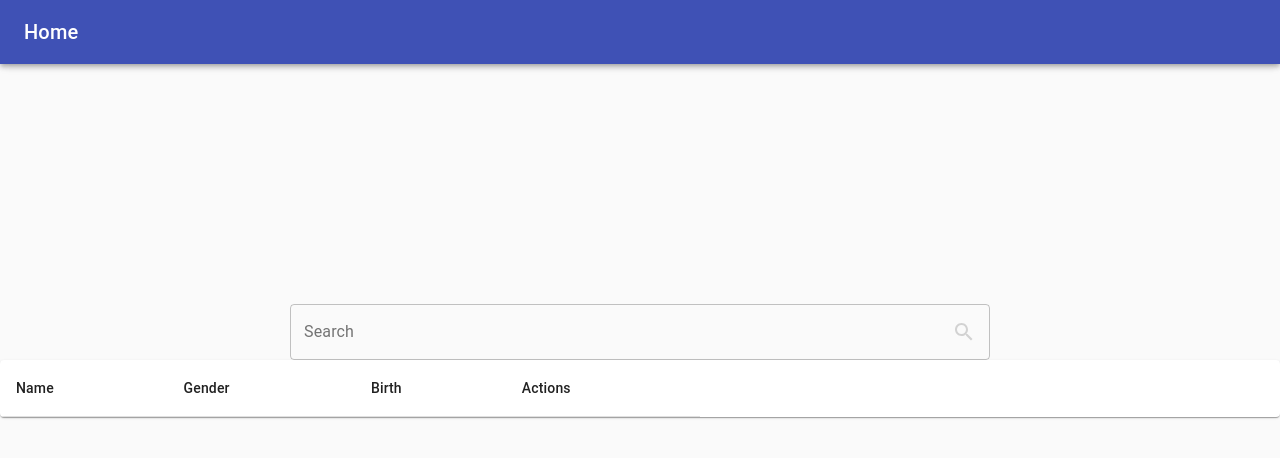
Repository: GabrielBrandaoProjetos/patient-manager
Page: /
These files come from the project's save history. The page is drawn as it stood at one moment and after the next save; the edit follows.
The browser window is 1280 px wide. The pictures show the whole page.
The project was rebuilt for these pictures with package versions that can differ from the ones it lists, and the page was loaded fresh each time.

Above is the page before, as saved 2021-09-14 12:45:44.

### public/index.html
<!DOCTYPE html>
<html lang="en">
  <head>
    <meta charset="utf-8" />
    <meta name="viewport" content="minimum-scale=1, width=device-width, initial-scale=1" />
    <meta name="theme-color" content="#000000" />

    <title>React App</title>
  </head>
  <body>
    <noscript>You need to enable JavaScript to run this app.</noscript>
    <div id="root"></div>
  </body>
</html>

### src/App.tsx
import React from 'react';
import { CssBaseline } from '@material-ui/core';
import { Home } from './pages/Home/Home';


function App() {
  return (
    <>
    <CssBaseline />
    <Home />
    </>
  );
}

export default App;

### src/pages/Home/Home.tsx
import React from 'react';
import { AppBar, FormControl, InputAdornment, InputLabel, OutlinedInput, Paper, Table, TableCell, TableContainer, TableHead, TableRow, Toolbar, Typography } from '@material-ui/core';
import {Search} from '@material-ui/icons'
import { createStyles, makeStyles, Theme } from '@material-ui/core/styles';

const useStyles = makeStyles((theme: Theme) =>
  createStyles({
    root: {
      width: '100vw',
      height: '100vh',
      display: 'flex',
      flexDirection: 'column',
      alignItems: 'center',
      justifyContent: 'center',
    },
    title: {
      flexGrow: 1,
    },
    form: {
      maxWidth: 700,
      width: "100%",
    },
    outlinedInput: {

    },
    search: {
      color: "#d2d2d2",
    },
    table: {
      maxWidth: 700,
      width: "100%",
    },
  }),
);

export const Home = () => {
  const classes = useStyles();
  return(
    <div className={classes.root}>
      <AppBar>
        <Toolbar>
          <Typography variant="h6" className={classes.title}>
            Home
          </Typography>
        </Toolbar>
      </AppBar>

      <FormControl className={classes.form} variant="outlined">
        <InputLabel htmlFor="outlined-adornment-search">Search</InputLabel>
        <OutlinedInput
          classes={{root: classes.outlinedInput}}
          id="outlined-adornment-search"
          type="search"
          // value={values.password}
          // onChange={handleChange('password')}
          endAdornment={
            <InputAdornment position="end">
              <Search className={classes.search}/>
            </InputAdornment>
          }
          labelWidth={70}
        />
      </FormControl>

      <TableContainer component={Paper}>
        <Table className={classes.table} aria-label="simple table">
          <TableHead>
            <TableRow>
              <TableCell>Name</TableCell>
              <TableCell>Gender</TableCell>
              <TableCell>Birth</TableCell>
              <TableCell>Actions</TableCell>
            </TableRow>
          </TableHead>
        </Table>

      </TableContainer>
    </div>
  )
}

Loaded but not shown: src/index.tsx (common file); src/reportWebVitals.ts (common file)

After the next save:
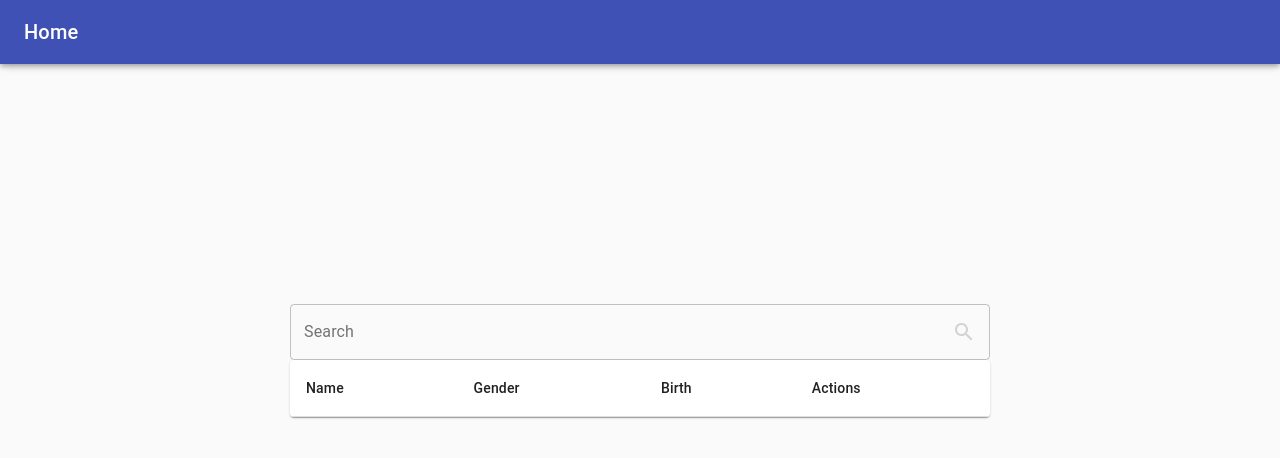
Saved 69 s later.
--- a/src/pages/Home/Home.tsx
+++ b/src/pages/Home/Home.tsx
@@ -25,6 +25,10 @@ const useStyles = makeStyles((theme: Theme) =>
     },
     search: {
       color: "#d2d2d2",
+    },
+    tableContainer: {
+      maxWidth: 700,
+      width: "100%",
     },
     table: {
       maxWidth: 700,
@@ -62,7 +66,7 @@ export const Home = () => {
         />
       </FormControl>
 
-      <TableContainer component={Paper}>
+      <TableContainer component={Paper} className={classes.tableContainer}>
         <Table className={classes.table} aria-label="simple table">
           <TableHead>
             <TableRow>
